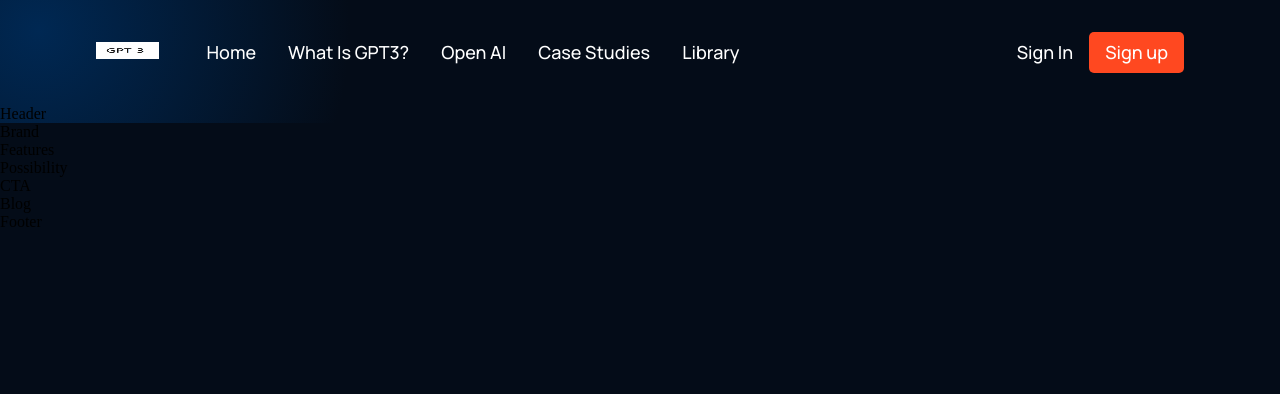
Repository: GeorgiosDev/OpenAI-Clone
Page: /
The author's editor kept a copy of each file at every save. The page is drawn from the files as they stood at one save, then again after the next save.
The browser window is 1280 px wide. The pictures show the whole page.
The project was rebuilt for these pictures with package versions that can differ from the ones it lists, and the page was loaded fresh each time. Also part of the build but not shown: src/components/article/article.css, src/components/article/Article.jsx, src/components/cta/cta.css, src/components/feature/Feature.jsx, src/containers/blog/blog.css, src/containers/features/features.css, src/containers/footer/footer.css, src/containers/header/header.css and 2 more.

Above is the page before, as saved 2025-01-31 15:26:33.

### src/App.js
import "./App.css";
import {  Brand, Navbar, CTA } from "./components/index";
import {
  Blog,
  Features,
  Footer,
  Header,
  Possibility,
  WhatGPT,
} from "./containers/index";

function App() {
  return (
    <div className="App ">
      <div className="gradient__bg">
        <Navbar />
        <Header />
      </div>
      <Brand />
      <WhatGPT />
      <Features />
      <Possibility />
      <CTA />
      <Blog />
      <Footer />
    </div>
  );
}

export default App;

### src/components/index.js
export { default as Article } from "./article/Article";
export { default as Brand } from "./brand/Brand";
export { default as CTA } from "./cta/CTA";

export { default as Navbar } from "./navbar/Navbar";
export { default as Feauture } from "./feature/Feature";

### src/containers/index.js
export { default as Blog } from './blog/Blog';
export { default as Features  } from './features/Features';
export { default as Footer } from './footer/Footer';
export { default as Header } from './header/Header';
export { default as Possibility } from './possibility/Possibility';
export { default as WhatGPT } from './whatGPT/whatGPT';

### src/components/brand/Brand.jsx
import React from 'react'

const Brand = () => {
  return (
    <div>
      Brand
    </div>
  )
}

export default Brand

### src/components/cta/CTA.jsx
import React from 'react'
import "./cta.css"
const CTA = () => {
  return (
    <div>
      CTA
    </div>
  )
}

export default CTA

### src/components/navbar/Navbar.jsx
import React, { useState } from "react";
import { RiMenu3Line, RiCloseLine } from "react-icons/ri";
import logo from "../../assets/logo.png";
import "./navbar.css";

const Navbar = () => {
  const [toggleMenu, setToggleMenu] = useState(false);
  const Menu = () => {
    return (
      <>
        <p>
          <a href="#home">Home</a>
        </p>
        <p>
          <a href="#wgpt3">What is GPT3?</a>
        </p>
        <p>
          <a href="#possibility">Open AI</a>
        </p>
        <p>
          <a href="#features">Case Studies</a>
        </p>
        <p>
          <a href="#blog">Library</a>
        </p>
      </>
    );
  };

  return (
    <div className="gpt3__navbar">
      <div className="gpt3__navbar-links">
        <div className="gpt3__navbar-links_logo">
          <img src={logo} alt="logo" />
        </div>
        <div className="gpt3__navbar-links_container">
          <Menu />
        </div>
      </div>
      <div className="gpt3__navbar-sign">
        <p>Sign in</p>
        <button type="button">Sign up</button>
      </div>
      <div className="gpt3__navbar-menu">
        {toggleMenu ? (
          <RiCloseLine
            color="#fff"
            size={27}
            onClick={() => setToggleMenu(false)}
          />
        ) : (
          <RiMenu3Line
            color="#fff"
            size={27}
            onClick={() => setToggleMenu(true)}
          />
        )}
        {toggleMenu && (
          <div className="gpt3__navbar-menu_container scale-up-center">
            <div className="gpt3__navbar-menu_container-links">
              <Menu />
            </div>
            <div className="gpt3__navbar-menu_container-links-sign">
              <p>Sign in</p>
              <button type="button">Sign up</button>
            </div>
          </div>
        )}
      </div>
    </div>
  );
};

export default Navbar;

### src/containers/blog/Blog.jsx
import React from "react";
import "./blog.css";
const Blog = () => {
  return <div>Blog</div>;
};

export default Blog;

### src/containers/features/Features.jsx
import React from 'react'
import "./features.css"
const Features = () => {
  return (
    <div>
      Features
    </div>
  )
}

export default Features

### src/containers/footer/Footer.jsx
import React from 'react'
import "./footer.css"
const Footer = () => {
  return (
    <div>
      Footer
    </div>
  )
}
export default Footer

### src/containers/header/Header.jsx
import React from 'react'
import "./header.css"
const Header = () => {
  return (
    <div className='gpt3__'>
      Header
    </div>
  )
}
export default Header

### src/containers/possibility/Possibility.jsx
import React from 'react'
import "./possibility.css"
const Possibility = () => {
  return (
    <div>
      Possibility
    </div>
  )
}

export default Possibility

### src/containers/whatGPT/whatGPT.jsx
import React from 'react'
import "./whatGPT.css"
const whatGPT = () => {
  return (
    <div>

    </div>
  )
}

export default whatGPT

### src/components/navbar/navbar.css
.gpt3__navbar {
    display: flex;
    justify-content: space-between;
    align-items: center;

    padding: 2rem 6rem;
}

.gpt3__navbar-links {
    flex: 1;
    display: flex;
    justify-content: flex-start;
    align-items: center;
}

.gpt3__navbar-links_logo {
    margin-right: 2rem;
}

.gpt3__navbar-links_logo img {
    width: 62.56px;
    height: 16.02px;
}

.gpt3__navbar-links_container {
    display: flex;
    flex-direction: row;
}

.gpt3__navbar-sign {
    display: flex;
    justify-content: flex-end;
    align-items: center;
}

.gpt3__navbar-links_container p,
.gpt3__navbar-sign p,
.gpt3__navbar-menu_container p {
    color: #fff;
    font-family: var(--font-family);
    font-weight: 500;
    font-size: 18px;
    line-height: 25px;
    text-transform: capitalize;

    margin: 0 1rem;
    cursor: pointer;
}

.gpt3__navbar-sign button,
.gpt3__navbar-menu_container button {
    padding: 0.5rem 1rem;
    color: #fff;
    background: #FF4820;
    font-family: var(--font-family);
    font-weight: 500;
    font-size: 18px;
    line-height: 25px;
    border: none;
    outline: none;
    cursor: pointer;
    border-radius: 5px;
}

.gpt3__navbar-menu {
    margin-left: 1rem;

    display: none;
    position: relative;
}

.gpt3__navbar-menu svg {
    cursor: pointer;
}

.gpt3__navbar-menu_container {
    display: flex;
    justify-content: flex-end;
    align-items: flex-end;
    flex-direction: column;

    text-align: end;
    background: var(--color-footer);
    padding: 2rem;
    position: absolute;
    right: 0;
    top: 40px;
    margin-top: 1rem;
    min-width: 210px;
    border-radius: 5px;
    box-shadow: 0px 0px 5px rgba(0,0, 0,0.2);
}

.gpt3__navbar-menu_container p {
    margin: 1rem 0;
}

.gpt3__navbar-menu_container-links-sign {
    display: none;
}

@media screen and (max-width: 1050px) {
    .gpt3__navbar-links_container {
        display: none;
    }

    .gpt3__navbar-menu {
        display: flex;
    }
}

@media screen and (max-width: 700px) {
    .gpt3__navbar {
        padding: 2rem 4rem;
    }
}

@media screen and (max-width: 550px) {
    .gpt3__navbar {
        padding: 2rem;
    }

    .gpt3__navbar-sign {
        display: none;
    }

    .gpt3__navbar-menu_container {
        top: 20px;
    }

    .gpt3__navbar-menu_container-links-sign {
        display: block;
    }
}

Loaded but not shown: src/index.js (common file); src/index.css (common file); src/App.css (common file)

After the next save:
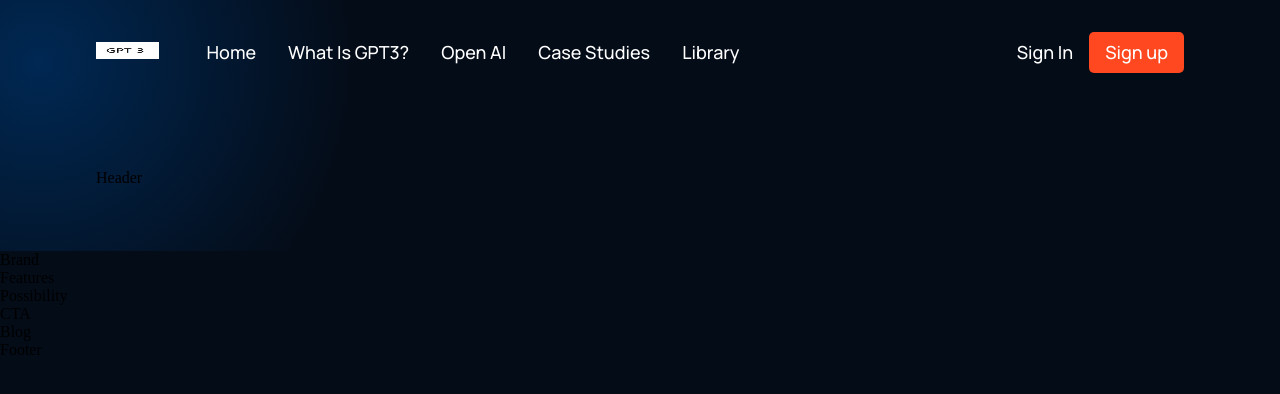
Saved 11 s later.
--- a/src/containers/header/Header.jsx
+++ b/src/containers/header/Header.jsx
@@ -2,7 +2,7 @@
 import "./header.css"
 const Header = () => {
   return (
-    <div className='gpt3__'>
+    <div className='gpt3__header section__padding' id='home'>
       Header
     </div>
   )
